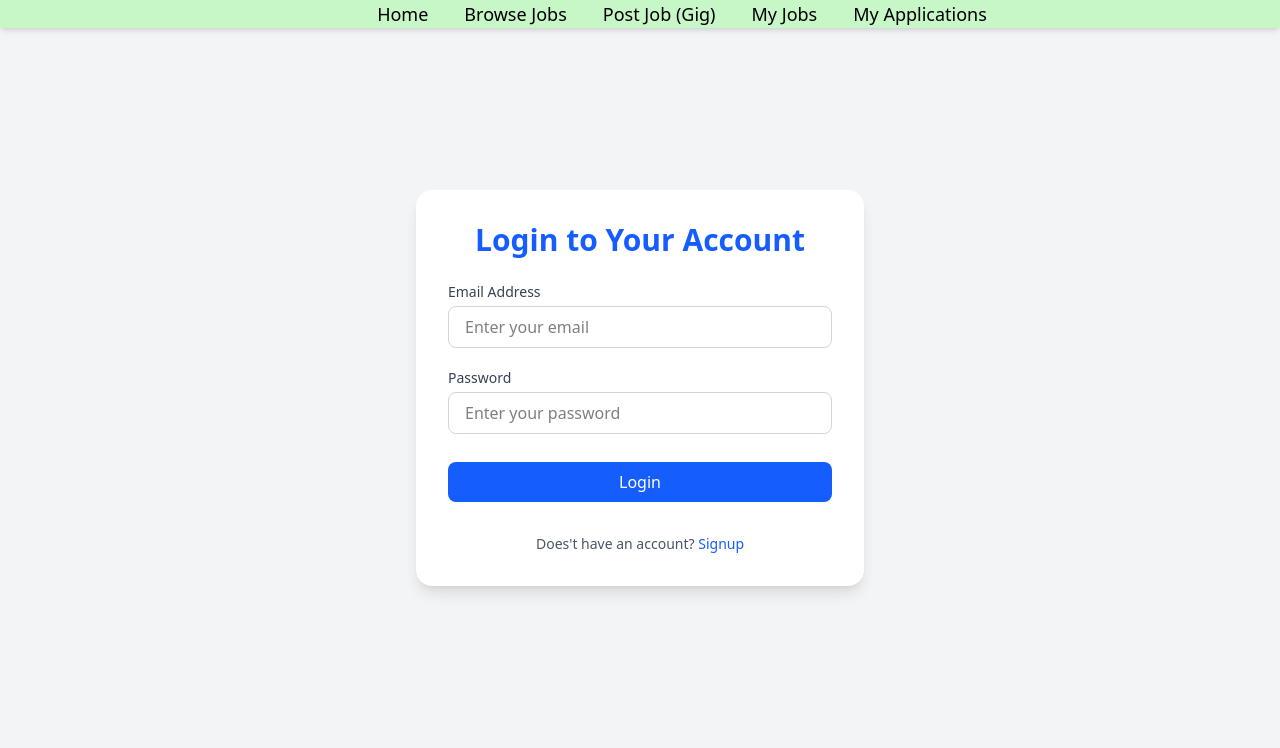
Repository: rushikesh-kolpe21/GigFlow
Page: / (app in frontend/)
An editor plug-in stored every save of this project. The page is shown before and after the next save, followed by the edit.
The browser window is 1280 px wide. The pictures show the whole page.
The project was rebuilt for these pictures with package versions that can differ from the ones it lists, and the page was loaded fresh each time. Also part of the build but not shown: frontend/src/Landing/Auth/Signup.jsx, frontend/src/Landing/Browse Jobs/LoggedIn.jsx, frontend/src/Landing/Browse Jobs/BrowseJobs.jsx, frontend/src/Landing/Post Job/PostJob.jsx, frontend/src/Landing/Browse Jobs/ApplyBid.jsx, frontend/src/Landing/MyApplications/MyApplications.jsx, frontend/src/Landing/MyJob/ViewBids.jsx, frontend/src/Landing/MyJob/MyJobs.jsx.

Above is the page before, as saved 2026-01-12 21:16:04.

### frontend/src/App.jsx
import React from 'react'
import { useState } from 'react';
import { BrowserRouter, Routes, Route, Navigate } from "react-router-dom";
import { Signup } from './Landing/Auth/Signup.jsx';
import { Login } from './Landing/Auth/Login.jsx';
import { LoggedIn } from './Landing/Browse Jobs/LoggedIn.jsx';
import Navbar from '../Navbar.jsx';
import { BrowseJobs } from './Landing/Browse Jobs/BrowseJobs.jsx';
import PostJob from './Landing/Post Job/PostJob.jsx';
import ApplyBid from './Landing/Browse Jobs/ApplyBid.jsx';
import MyApplications from './Landing/MyApplications/MyApplications.jsx';
import ViewBids from './Landing/MyJob/ViewBids.jsx';
import MyJobs from './Landing/MyJob/MyJobs.jsx';



export const App = () => {

   // Authentication state (example)
  const [isAuthenticated, setIsAuthenticated] = useState(() => {
    return !!localStorage.getItem('token'); // Check for token in localStorage on initial load hey ki nahi
  });

  // Private Route component for protected routes only for authenticated users
const PrivateRoute = ({ children }) => {
  const token = localStorage.getItem("token");
  return token ? children : <Navigate to="/login" replace />;
};

// public route component for login and signup pages
const PublicRoute = ({ children }) => {
  const token = localStorage.getItem("token");
  return token ? <Navigate to="/" replace /> : children;
};


  return (
    <div>
      <BrowserRouter>
     <Navbar/>
        <Routes>

           {/* Protected routes */}
        <Route
          path="/gigs"
          element={
            <PrivateRoute>
             <BrowseJobs/>
            </PrivateRoute>
          }
        />


<Route
          path="/my-jobs"
          element={
            <PrivateRoute>
             <MyJobs/>
            </PrivateRoute>
          }
        />

<Route
          path="/gigs/:gigId/bids"
          element={
            <PrivateRoute>
             <ViewBids/>
            </PrivateRoute>
          }
        />



 <Route
          path="/my-applications"
          element={
            <PrivateRoute>
             <MyApplications/>
            </PrivateRoute>
          }
        />

 <Route
          path="/apply/:gigId"
          element={
            <PrivateRoute>
             <ApplyBid/>
            </PrivateRoute>
          }
        />


           <Route
          path="/post-job"
          element={
            <PrivateRoute>
             <PostJob/>
            </PrivateRoute>
          }
        />

          <Route
            path="/register"
            element={
              <PublicRoute>
                <Signup setIsAuthenticated={setIsAuthenticated} />
              </PublicRoute>
            }
          />

          <Route
            path="/login"
            element={
              <PublicRoute>
                <Login setIsAuthenticated={setIsAuthenticated} />
              </PublicRoute>
            }
          />

          <Route
            path="/"
            element={
              <PrivateRoute>
                <LoggedIn />
              </PrivateRoute>
            }
          />

          <Route path="*" element={<Navigate to="/login" replace />} />
        </Routes>
      </BrowserRouter>
    </div>
  )
}

### frontend/src/Landing/Auth/Login.jsx
import React, { useEffect, useState } from "react";
import { Link, useNavigate } from "react-router-dom";
import { ToastContainer } from "react-toastify";
import "react-toastify/dist/ReactToastify.css";
import { handleError, handleSuccess } from "../../../utils";
import axios from "axios";
// import { GoogleLogin } from "./GoogleLogin";


export const Login = ({ setIsAuthenticated = () => {} }) => {



  const [loginInfo, setloginInfo] = useState({
    email: "",
    password: "",
  });
  const navigate = useNavigate();

  // If already logged in, redirect away from login
  useEffect(() => {
    const hasToken = Boolean(localStorage.getItem("token")) || document.cookie.includes("token");
    if (hasToken) {
      navigate("/gigs", { replace: true });
    }
  }, [navigate]);

  const handleChange = (event) => {
    const { name, value } = event.target;
    const copyloginInfo = { ...loginInfo };
    copyloginInfo[name] = value;
    setloginInfo(copyloginInfo);
  };
  // after submit
  const handleloginForm = async (event) => {
    event.preventDefault();

    const { email, password } = loginInfo;
    if (!email || !password) {
      return handleError("Email and password are required");
    }

    try {
      const response = await axios.post("http://localhost:5000/api/auth/login", loginInfo, {
        withCredentials: true // Enable cookies
      });
      const result = response.data;
      console.log("Login API Response:", result);

      const { user, message, token, success } = result;

      if (success) {
        handleSuccess(message);
        // Persist the token so PrivateRoute sees it and avoids redirect loops
        localStorage.setItem("token", token);
        if (user) {
          localStorage.setItem("user", JSON.stringify(user));
        }
        // Cookies are automatically stored by the browser via Set-Cookie header
        // No need to manually store in localStorage
        setIsAuthenticated(true);
        setTimeout(() => {
          navigate("/gigs");
        }, 600);
      } else {
        handleError(message || "Login failed");
      }
    } catch (error) {
      console.error("Login error:", error);
      const serverMsg = error?.response?.data?.message;
      handleError(serverMsg || error.message || "Login failed");
    }
  };


  return (
    <div className="flex items-center justify-center min-h-screen bg-gray-100">
      <div className="w-full max-w-md bg-white p-8 rounded-2xl shadow-lg">
        <h1 className="text-3xl font-bold text-center text-blue-600 mb-6">
          Login to Your Account
        </h1>

        {/* <GoogleLogin setIsAuthenticated={setIsAuthenticated}
         onSuccess={(res) => {
    console.log(res.credential); // ✅ ID TOKEN */}
  {/* }} /> */}

        <form onSubmit={handleloginForm} className="space-y-5 text-left">
          <div className="flex flex-col items-start">
            <label
              htmlFor="email"
              className="block text-sm font-medium text-gray-700 mb-1"
            >
              Email Address
            </label>
            <input
              onChange={handleChange}
              name="email"
              value={loginInfo.email}
              id="email"
              type="email"
              placeholder="Enter your email"
              className="w-full px-4 py-2 border border-gray-300 rounded-lg focus:outline-none focus:ring-2 focus:ring-blue-400"
            />
          </div>

          <div className="flex flex-col items-start">
            <label
              htmlFor="password"
              className="block text-sm font-medium text-gray-700 mb-1"
            >
              Password
            </label>
            <input
              onChange={handleChange}
              name="password"
              value={loginInfo.password}
              id="password"
              type="password"
              placeholder="Enter your password"
              className="w-full px-4 py-2 border border-gray-300 rounded-lg focus:outline-none focus:ring-2 focus:ring-blue-400"
            />
          </div>

          <button
            type="submit"
            className="w-full py-2 mt-2 text-white bg-blue-600 rounded-lg hover:bg-blue-700 transition duration-200"
          >
            Login
          </button>

          <p className="text-center text-sm text-gray-600 mt-3">
            Does't have an account?{" "}
            <Link
              to="/register"
              className="text-blue-600 font-medium hover:underline"
            >
              Signup
            </Link>
          </p>
        </form>

        <ToastContainer position="top-center" />
      </div>
    </div>
  );
}

### frontend/Navbar.jsx
import React, { useState, useEffect } from 'react';
// import logo from "../../src/assets/logo.png";
import { Link, useLocation } from "react-router-dom";

export default function Navbar() {
  const [isOpen, setIsOpen] = useState(false);
  const location = useLocation();

  // Close mobile menu on route change
  useEffect(() => {
    setIsOpen(false);
  }, [location.pathname]);

  const navItems = [
    { label: "Home", path: "/" },
    { label: "Browse Jobs", path: "/gigs" },
    { label: "Post Job (Gig)", path: "/post-job" },
    { label: "My Jobs", path: "/my-jobs" },
    { label: "My Applications", path: "/my-applications" },
  ];

  const getLinkClass = (path) =>
    `text-black hover:text-gray-500 hover:underline hover:decoration-2 hover:underline-offset-2 hover:decoration-green-300 transition-all duration-400 ${
      location.pathname === path ? "text-black-900 underline decoration-green-300" : ""
    }`;

  return (
    <nav className="sticky top-0 z-50 bg-[rgba(144,238,144,0.5)] shadow-md">
      <div className="flex items-center px-4 py-0 md:px-21 relative">
        {/* logo on left */}
        <div className="z-20">
          <Link to="/" className="flex gap-3 items-center font-semibold text-7xl">
            <img className="w-21 h-auto" src="" alt="" />
            {/* <span className="hidden sm:inline">RapTro</span> */}
          </Link>
        </div>

        {/* nav items centered on desktop */}
        <div className="hidden md:flex flex-1 justify-center z-10">
          <ul className="flex gap-9 text-lg font-medium">
            {navItems.map((item) => (
              <Link key={item.path} to={item.path} className={getLinkClass(item.path)}>
                {item.label}
              </Link>
            ))}
          </ul>
        </div>

        {/* download button */}
        <div className="hidden md:block z-20">
          {/* <button className="bg-[#32CD32] text-white px-3 py-1.5 rounded-lg hover:bg-[#28a745] text-xl">
            Download App
          </button> */}
        </div>

        {/* mobile menu toggle */}
        <div className="md:hidden absolute right-4">
          <button
            onClick={() => setIsOpen(!isOpen)}
            className="p-2 rounded-md focus:outline-none focus:ring"
            aria-label="Toggle menu"
          >
            {isOpen ? (
              <svg xmlns="http://www.w3.org/2000/svg" className="h-6 w-6" fill="none" viewBox="0 0 24 24" stroke="currentColor">
                <path strokeLinecap="round" strokeLinejoin="round" strokeWidth={2} d="M6 18L18 6M6 6l12 12" />
              </svg>
            ) : (
              <svg xmlns="http://www.w3.org/2000/svg" className="h-6 w-6" fill="none" viewBox="0 0 24 24" stroke="currentColor">
                <path strokeLinecap="round" strokeLinejoin="round" strokeWidth={2} d="M4 6h16M4 12h16M4 18h16" />
              </svg>
            )}
          </button>
        </div>
      </div>

      {/* mobile dropdown menu */}
      {isOpen && (
        <div className="md:hidden bg-[rgba(144,238,144,0.5)] px-4 pb-4 animate-slide-down">
          <ul className="flex flex-col gap-4 text-lg font-medium">
            {navItems.map((item) => (
              <Link key={item.path} to={item.path} className="block text-black ">
                {item.label}
              </Link>
            ))}
            {/* <button className="bg-[#32CD32] text-white px-3 py-1.5 rounded-lg hover:bg-[#28a745] text-xl w-full">
              Download App
            </button> */}
          </ul>
        </div>
      )}
    </nav>
  );
}

### frontend/utils.js
// src/utils/index.js
import { toast } from "react-toastify";



export const handleSuccess = (msg) => {
 toast.success(msg, {
  position:'top-right'
});

};

export const handleError = (msg) => {
  toast.error(msg, {
   position:'top-right'
  });
};

Loaded but not shown: frontend/src/main.jsx (common file); frontend/src/index.css (common file)

After the next save:
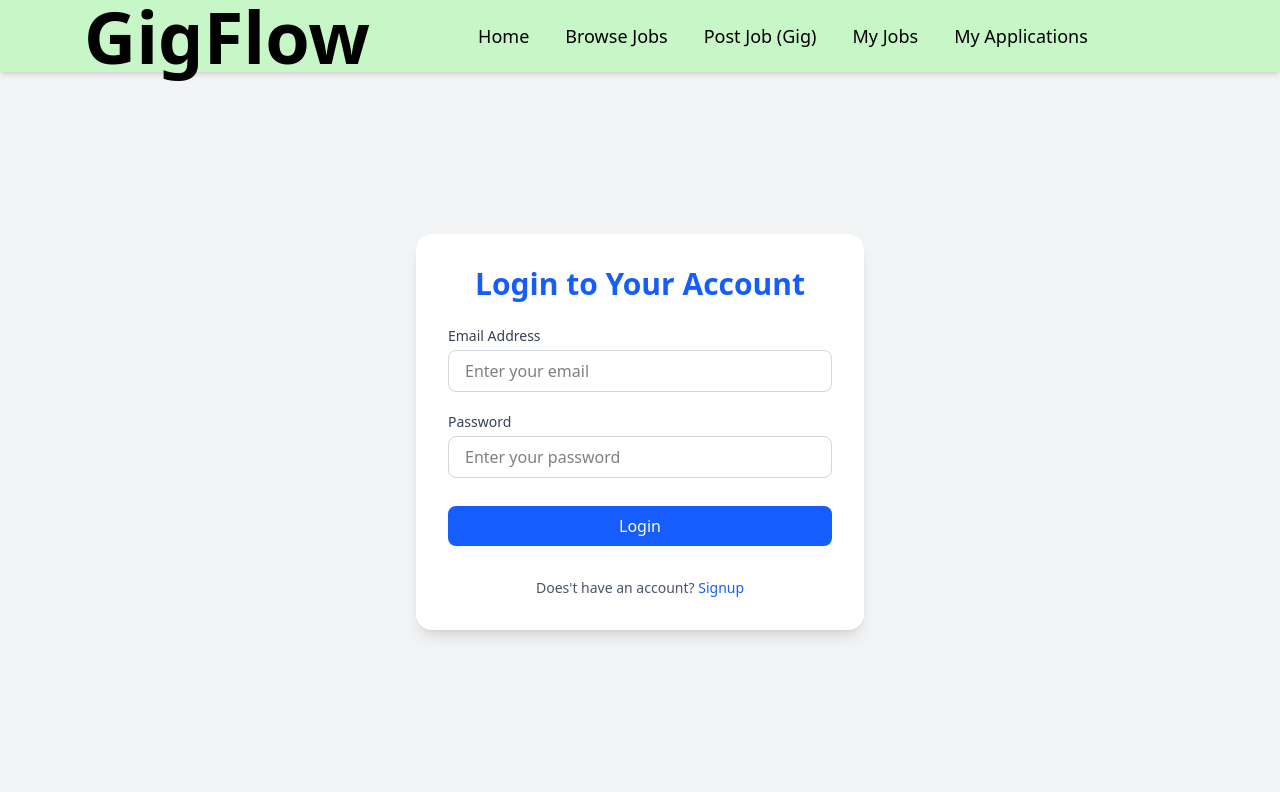
Saved 117 s later.
--- a/frontend/Navbar.jsx
+++ b/frontend/Navbar.jsx
@@ -30,8 +30,8 @@
         {/* logo on left */}
         <div className="z-20">
           <Link to="/" className="flex gap-3 items-center font-semibold text-7xl">
-            <img className="w-21 h-auto" src="" alt="" />
-            {/* <span className="hidden sm:inline">RapTro</span> */}
+            {/* Logo image can be added here */}
+            <span className="hidden sm:inline">GigFlow</span>
           </Link>
         </div>
 

After the save that followed:
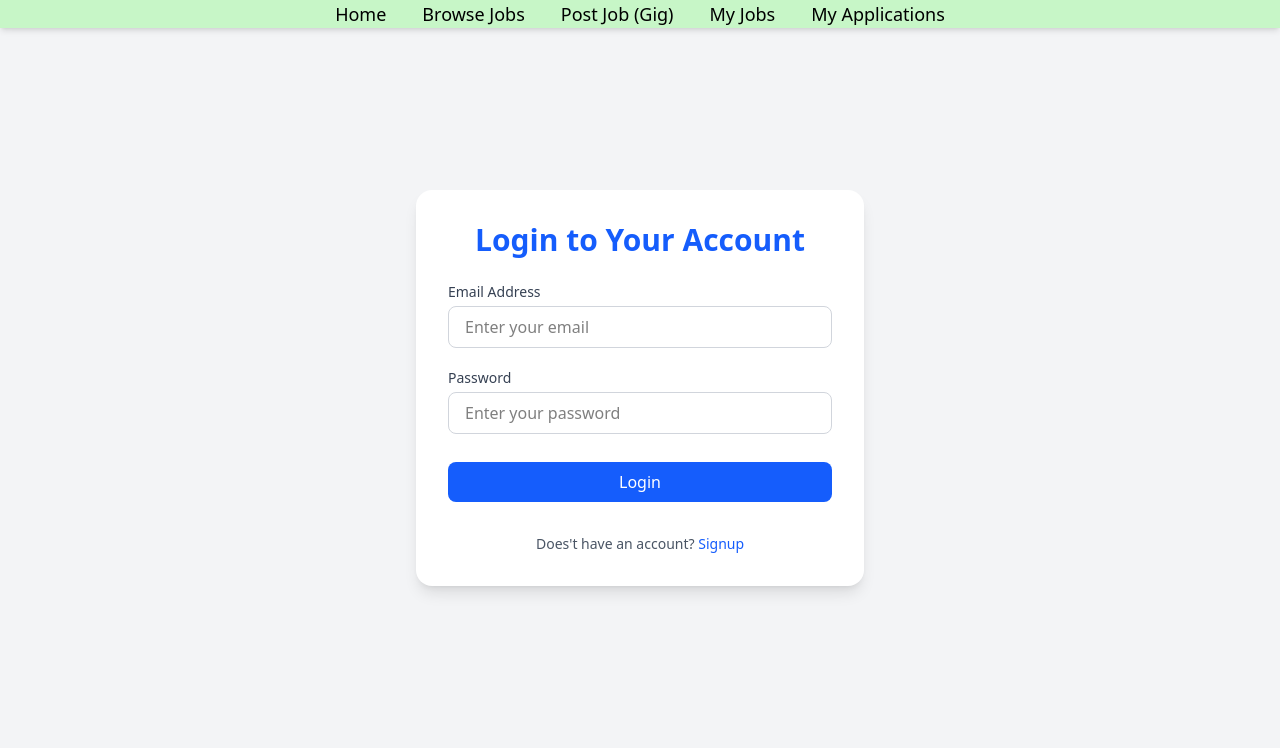
Saved 55 s later.
--- a/frontend/Navbar.jsx
+++ b/frontend/Navbar.jsx
@@ -29,10 +29,10 @@
       <div className="flex items-center px-4 py-0 md:px-21 relative">
         {/* logo on left */}
         <div className="z-20">
-          <Link to="/" className="flex gap-3 items-center font-semibold text-7xl">
-            {/* Logo image can be added here */}
+          {/* <Link to="/" className="flex gap-3 items-center font-semibold text-7xl">
+
             <span className="hidden sm:inline">GigFlow</span>
-          </Link>
+          </Link> */}
         </div>
 
         {/* nav items centered on desktop */}
